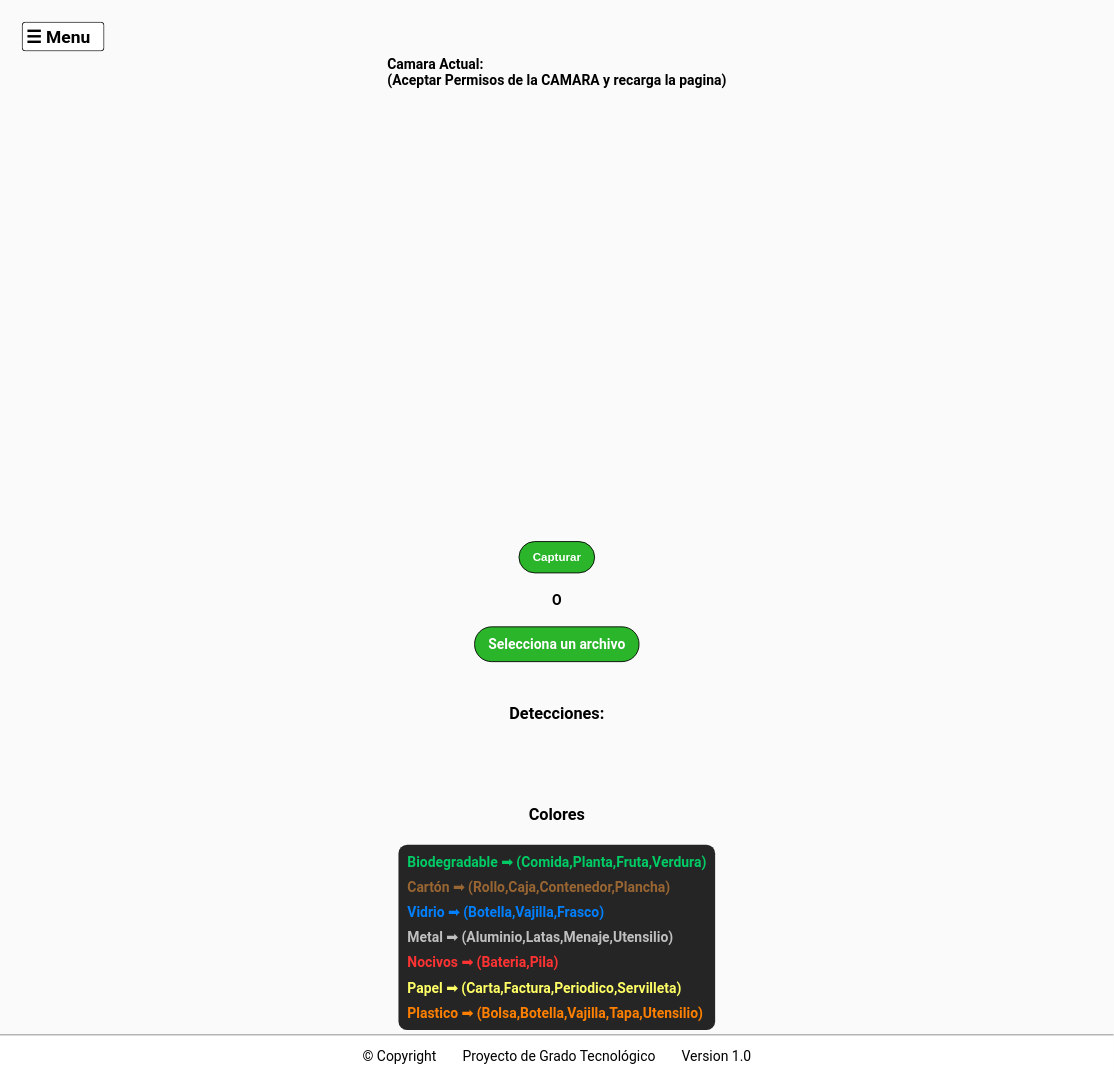
Repository: castecabas/Recicladora
Page: http://localhost/model
An editor plug-in stored every save of this project. The page is shown before and after the next save, followed by the edit.
The browser window is 1280 px wide. The pictures show the whole page, at 87% of full size.
Pictures or frames that could not be fetched are drawn as grey boxes. The page is served by the project's application, run on Flask 3 (src/index.py). Other server files are loaded and not shown.

Above is the page before, as saved 2024-12-22 21:07:58.

### src/templates/model.html
<!DOCTYPE html>
<html lang="en">

<head>
    <meta charset="UTF-8">
    <meta name="viewport" content="width=device-width, initial-scale=1.0">
    <title>Clasificador</title>
    <link rel="stylesheet" href="{{ url_for('static', filename='css/model.css') }}">
    <link rel="shortcut icon" href="https://i.postimg.cc/gk7MpWkm/logo.webp" />
</head>

<body>
    <span class="btn_openmenu" onclick="openNav()">&#9776; Menu</span><br><br>
    <nav class="aside" id="aside">
        <div class="overlay"></div>
        <img class="aside_logo" src="https://i.postimg.cc/gk7MpWkm/logo.webp">
        <h1 style="text-decoration: underline;">Opciones</h1>

        <label for="confidenceThreshold">
            <span class="tooltip-container">
                <img class="logo_x"
                    src="https://images.vexels.com/media/users/3/152347/isolated/preview/27304b9b14ce9bd8a28ca637ed92070e-icono-de-signo-de-interrogacion-de-circulo-azul.png"
                    alt="Ayuda">
                <span class="tooltip-text">Es la probabilidad que determina en las predicciones,si es alto es más
                    confiable, aunque puede omitir objetos al no cumplir dicho porcentaje. Si es bajo, será menos
                    confiable, pero detectará aún más.</span>
            </span>
            Umbral de Confianza:
        </label>
        <input type="range" id="confidenceThreshold" min="0.1" max="0.8" step="0.01" value="0.5">
        <span id="confidenceValue" style="color: white;">0.5</span>

        <label for="SwitchCamera">Camara</label>
        <button id="switchCameraBtn">Cambiar de dispositivo</button>
        </a>
        <label class="nav-link-aside" for="darkModeToggle"><input type="checkbox" class="btn_darkmode"
                id="darkModeToggle" hidden>
            Modo Oscuro</label>
        <br>
        <a href="javascript:void(0)" class="closebtn" onclick="closeNav()">Cerrar Menú</a>
        <a href="{{ url_for('index') }}" class="nav-link">Ir a Inicio</a>
    </nav>

    <div class="container">
        <main>
            <div>
                <div>
                    <p>Camara Actual: <span id="currentCamera"></span><br>
                        (Aceptar Permisos de la CAMARA y recarga la pagina)</p>
                    <video id="video" width="640" height="480" autoplay></video><br>
                    <button id="captureBtn">Capturar</button>
                    <p>O</p>
                    <input type="file" id="fileInput" hidden accept="image/*,video/*">
                    <label for="fileInput" id="fileinputlabel">Selecciona un archivo</label>
                </div>
                <br>
                <img id="resultImage">
            </div>
            <canvas id="canvas" width="640" height="480" style="display:none;"></canvas>
            <div>
                <h3>Detecciones:</h3>
                <ul id="detectionsList"></ul>
            </div>
            <div class="colors">
                <h3>Colores</h3>
                <ul>
                    <li class="bio">Biodegradable &#10143; (Comida,Planta,Fruta,Verdura)</li>
                    <li class="cardb">Cartón &#10143; (Rollo,Caja,Contenedor,Plancha)</li>
                    <li class="glass">Vidrio &#10143; (Botella,Vajilla,Frasco)</li>
                    <li class="metal">Metal &#10143; (Aluminio,Latas,Menaje,Utensilio)</li>
                    <li class="noxios">Nocivos &#10143; (Bateria,Pila)</li>
                    <li class="paper">Papel &#10143; (Carta,Factura,Periodico,Servilleta)</li>
                    <li class="plastic">Plastico &#10143; (Bolsa,Botella,Vajilla,Tapa,Utensilio)</li>
                </ul>
            </div>
        </main>
        {% include 'components/footer.html' %}
    </div>
    <script src="{{ url_for('static', filename='js/model.js') }}"></script>
    <script src="{{ url_for('static', filename='js/dark_mode.js') }}"></script>
</body>

</html>

### src/templates/components/footer.html
<footer class="footer">
    <style>
        .footer {
            width: 100%;
            background-color: white;
            text-align: center;
            padding: 15px;
            box-sizing: border-box;
            position: relative;
            bottom: 0;
            font-family: 'Roboto', sans-serif;
            border-top: 1px solid gray;
            margin-top: auto;
        }

        .footer ul {
            list-style: none;
            padding: 0;
            margin: 0;
            display: flex;
            flex-direction: column;
            align-items: center;
        }

        .footer ul li {
            text-decoration: none;
            margin: 5px 0;
        }

        @media (min-width: 600px) {
            .footer ul {
                flex-direction: row;
                justify-content: center;
            }

            .footer ul li {
                margin: 0 15px;
            }
        }

        /* MODO OSCURO */
        body.dark-mode footer{
            background: rgb(29, 0, 28);
            background: linear-gradient(90deg, rgba(29, 0, 28, 1) 0%, rgba(11, 0, 34, 1) 8%, rgba(0, 0, 22, 1) 100%);
            border-top: 1px solid #686868;
            transition: all 0.3s ease-in;
        }

        body.dark-mode footer li{
            color: white;
        }
    </style>

    <ul>
        <li>© Copyright</li>
        <li>Proyecto de Grado Tecnológico</li>
        <li>Version 1.0</li>
    </ul>

</footer>

### src/index.py
from flask import Flask, render_template, Response, request, jsonify
from yolo_model import YOLOModel
from camera import Camera
import cv2
import numpy as np
import base64

app = Flask(__name__)

yolo_model = YOLOModel('src/model/best.pt')
camera = Camera()

# RUTAS
@app.route('/')
@app.route('/home')
@app.route('/index')
def index():
    return render_template('index.html')

@app.route('/about')
def about():
    return render_template('about.html')

@app.route('/learn')
def learn():
    return render_template('learn.html')

@app.route('/model')
def model():
    return render_template('model.html')

@app.route('/news')
def news():
    return render_template('news.html')

@app.route('/recycle')
def recycle():
    return render_template('recycle.html')

# FUNCIONES

    #NOTE: obtener las camaras
@app.route('/get_cameras')
def get_cameras():
    return jsonify(camera.get_camera_list())

    #NOTE: cambiar camara
@app.route('/switch_camera/<int:camera_id>')
def switch_camera(camera_id):
    camera.select_camera(camera_id)
    return "OK"

    #NOTE: detectar dicha imagen
@app.route('/detect', methods=['POST'])
def detect():
    try:
        if 'file' not in request.files:
            return jsonify({'error': 'No file part'}), 400

        file = request.files['file']
        confidence = float(request.form.get('confidence', 0.25))

        # Lee la imagen del archivo
        npimg = np.fromfile(file, np.uint8)
        img = cv2.imdecode(npimg, cv2.IMREAD_COLOR)

        # Detecta objetos usando el modelo YOLO
        results = yolo_model.detect(img, conf_threshold=confidence)
        if results is None:
            return jsonify({'error': 'No detections returned from model'}), 500

        # Dibuja los cuadros de detección en la imagen
        processed_img = yolo_model.draw_boxes(img, results)

        # Codifica la imagen procesada en base64 para enviar al cliente
        _, buffer = cv2.imencode('.jpg', processed_img)
        img_base64 = base64.b64encode(buffer).decode('utf-8')

        return jsonify({
            'image': f'data:[embedded picture, 35 characters]',
            'detections': results
        })
    except Exception as e:
        print(f"Error during detection: {e}")
        return jsonify({'error': str(e)}), 500

# EJECUCION
if __name__ == '__main__':
    app.run(debug=True)

### src/static/css/model.css
html,
body {

    margin: 0;
    padding: 0;
    font-family: 'Roboto', sans-serif;
    background-color: #fafafa;
    display: flex;
    flex-direction: column;
    min-height: 100vh;
    transition: all 0.5s ease;
}

main {
    max-height: auto;
}

.btn_openmenu {
    font-size: 20px;
    cursor: pointer;
    position: fixed;
    background-color: white;
    border-radius: 4px;
    border: 1px solid black;
    margin: 25px;
    padding: 4px;
    padding-right: 15px;
    z-index: 100;
    font-weight: 600;
}

.btn_openmenu:hover {
    background-color: rgb(209, 209, 209);
}

.container {
    display: flex;
    flex-direction: column;
    min-height: 100vh;
    width: 100%;
    /* Asegura que ocupe todo el ancho */
    align-items: center;
    margin: 0;
    box-sizing: border-box;
}

main div {
    display: flex;
    flex-direction: column;
    align-items: center;
    justify-content: center;
    flex-grow: 1;
    width: 100%;
    max-width: 800px;
    box-sizing: border-box;
}

main div * {
    padding: 5px;
}

main div p {
    font-weight: bold;
}

main div #video {
    border-radius: 20px;
    max-width: 640px;
    width: 100%;
    max-height: 700px;
    aspect-ratio: 4/3;
    padding: 0;
}

main div #resultImage {
    border-radius: 20px;
    max-width: 640px;
    width: 100%;
    max-height: 740px;
    padding: 0;
    border: 0px;
    box-shadow: 10px 10px 15px rgba(0, 0, 0, 0.5);
}

@media(max-width:638px) {
    main div #resultImage {
        border-radius: 0;
        box-shadow: none;
    }
}

main div #captureBtn,
main div #fileinputlabel {
    border-radius: 20px;
    background-color: #2AB52A;
    color: white;
    font-weight: bold;
    padding: 10px 15px 10px 15px;
    border: 1px solid black;
}

main div #captureBtn:hover,
main div #fileInput:hover {
    background-color: #219121;
}

main div ul#detectionsList {
    overflow-y: auto;
    max-height: 200px;
    width: 90vw;
    max-width: 634px;

}

main div ul#detectionsList li {
    font-size: large;
}


.aside {
    background: url(https://i.postimg.cc/8kbKKzK0/model-aside.webp);
    background-repeat: no-repeat;
    background-size: cover;
    height: 100%;
    width: 0;
    position: fixed;
    z-index: 100;
    top: 0;
    left: 0;
    background-color: #111;
    overflow-x: hidden;
    transition: 0.5s;
    justify-content: center;
    color: white;
    display: flex;
    flex-direction: column;
    text-align: center;
    align-items: center;
}

.aside * {
    margin: 5px 20px 5px 20px;
    font-weight: bold;
    z-index: 102;
    padding: 8px;
    color: #31ca31;
}

.aside .overlay {
    position: absolute;
    margin: 0;
    top: 0;
    left: 0;
    right: 0;
    bottom: 0;
    background-color: rgba(0, 0, 0, 0.55);
    z-index: 101;
}

.aside img.aside_logo {
    aspect-ratio: 1/1;
    max-width: 100px;
}

@media(max-height:850px) {
    .aside img.aside_logo {
        display: none;
    }
}


.aside h1 {
    color: #2AB52A;

}

.aside .closebtn {
    text-decoration: none;
    color: white;
    border-radius: 4px;
    background-color: #206BCE;
    padding: 10px 15px 10px 15px;
    border: 1px solid black;
    width: 134px;
}

.aside .closebtn:hover {
    background-color: #1a58a8;
}

.aside .logo_x {
    position: relative;
    padding-left: 0px;
    margin: 0px;
    aspect-ratio: 1/1;
    height: 20px;
    cursor: pointer;
}


/* Estilos del contenedor del tooltip */
.tooltip-container {
    position: relative;
    display: inline-block;
    padding: 0;
    margin: 0;
}

/* Ocultar el tooltip por defecto */
.tooltip-text {
    opacity: 0;
    /* Oculto por defecto */
    width: 135px;
    background-color: #2ea664;
    color: #f5f6fc;
    text-align: center;
    font-size: small;
    padding: 5px;
    border-radius: 5px;
    position: absolute;
    top: -120px;
    /* Ajusta la posición para que esté sobre la imagen */
    left: 50%;
    transform: translateX(-25%);
    transition: opacity 0.3s ease-in-out;

    /* Transición suave */
    z-index: 9000;
}

/* Flecha del tooltip */
.tooltip-text::after {
    content: "";
    position: absolute;
    bottom: -5px;
    /* Flecha debajo del tooltip */
    left: 50%;
    transform: translateX(-50%);
    border-width: 5px;
    border-style: solid;
    border-color: #333 transparent transparent transparent;
}

/* Mostrar el tooltip al pasar el ratón sobre la imagen */
.tooltip-container:active .tooltip-text,
.tooltip-container:hover .tooltip-text {
    opacity: 1;
    animation: hideTooltip 18s forwards;
    /* Inicia la animación para ocultarlo después de 3 segundos */
}

/* Animación para ocultar el tooltip */
@keyframes hideTooltip {
    0% {
        opacity: 1;
    }

    90% {
        opacity: 1;
    }

    100% {
        opacity: 0;
    }
}


.aside #confidenceThreshold {
    accent-color: #2AB52A;
    background-color: white;
}


.aside .colors li {
    list-style: none;
}


.aside #switchCameraBtn {
    border-radius: 4px;
    background-color: #2AB52A;
    color: white;
    border: 1px solid black;
}

.aside #switchCameraBtn:hover {
    background-color: #219121;
}

.aside .nav-link,
.aside .nav-link-aside {
    text-decoration: none;
    color: white;
    background-color: #206BCE;
    border-radius: 4px;
    max-width: 75vw;
    padding: 10px 15px 10px 15px;
    border: 1px solid black;
    width: 134px;
    font-size: large;
}

.aside .nav-link:hover {
    background-color: #1a58a8;
}

.aside .nav-link-aside {
    background-color: #31ca31;
    font-size: small;
}

.aside .nav-link-aside:hover {
    background-color: #2AB52A;
    cursor: pointer;
}

label#fileinputlabel:hover {
    cursor: pointer;
    background-color: #2AB52A;
}

div.colors {


    padding: 5px;

    label {
        font-weight: bold;
    }

    ul {
        margin: 0;
        border-radius: 10px;
        background: rgba(0, 0, 0, 0.85);
        max-width: max-content;
        position: relative;
        justify-content: center;

        li {
            list-style-type: none;
            font-weight: 600;
            line-break: anywhere;

        }
    }


    .bio {
        color: #00cc66;
    }

    .cardb {
        color: #996633;
    }

    .glass {
        color: #0080ff;
    }

    .metal {
        color: #c0c0c0;
    }

    .noxios {
        color: #ff3333;
    }

    .paper {
        color: #ffff66;
    }

    .plastic {
        color: #ff8000;
    }
}


/* MODO OSCURO */

body.dark-mode {
    background-color: #000014;
}

body.dark-mode #video {
    border: 1px outset white;
}

body.dark-mode .container p,
body.dark-mode .container h3 {
    color: white;
}

body.dark-mode .container p,
body.dark-mode .container ul#detectionsList li {
    color: white;
}

### src/static/js/model.js
let currentCameraIndex = 0;
let cameras = [];
const clsname = [
    "Comida", "Planta", "Fruta o Verdura", "Base de Carton", "Caja de Carton",
    "Contenedor de Carton", "Forma de Carton", "Botella de Vidrio", "Vajilla de Vidrio",
    "Fragmentos de Vidrio", "Frasco de Vidrio", "Jarra de Vidrio", "Aluminio",
    "Contenedor Metalico", "Latas de Alimento", "Menaje Metalico", "Metal Menor",
    "Utensilio Metalico", "Bateria o Pila", "Carta de Papel", "Recibo o Factura",
    "Periodico o Revista", "Forma de Papel", "Papel de Higiene", "Bolsa de Plastico",
    "Botella de Plastico", "Contenedor de Plastico", "Envase de Plastico",
    "Vajilla de Plastico", "Tapa de Plastico", "Utensilio de Plastico"
  ];
let confidenceThreshold = 0.5;

const parrafo = document.getElementById("confidenceValue");

const valorDecimal = parseFloat(parrafo.textContent);
const valorPorcentaje = valorDecimal * 100;
parrafo.textContent = valorPorcentaje + "%";

document.addEventListener('DOMContentLoaded', function () {
    fetchCameras();

    document.getElementById('switchCameraBtn').addEventListener('click', switchCamera);
    document.getElementById('captureBtn').addEventListener('click', captureAndDetect);
    document.getElementById('fileInput').addEventListener('change', handleFileSelect);

    const confidenceSlider = document.getElementById('confidenceThreshold');
    const confidenceValue = document.getElementById('confidenceValue');

    confidenceSlider.addEventListener('input', function () {
        confidenceThreshold = parseFloat(this.value);
        confidenceValue.textContent = confidenceThreshold.toFixed(2);
        const valorDecimal = parseFloat(parrafo.textContent);
        const valorPorcentaje = valorDecimal * 100;
        parrafo.textContent = valorPorcentaje.toFixed(0) + "%";
    });
});

function fetchCameras() {
    navigator.mediaDevices.enumerateDevices()
        .then(devices => {
            cameras = devices.filter(device => device.kind === 'videoinput');
            updateCurrentCamera();
        })
        .catch(error => {
            console.error('Error enumerating devices:', error);
        });
}

async function switchCamera() {
    currentCameraIndex = (currentCameraIndex + 1) % cameras.length;
    updateCurrentCamera();

    try {
        const stream = await navigator.mediaDevices.getUserMedia({
            video: { deviceId: { ideal: cameras[currentCameraIndex].deviceId } }
        });
        document.getElementById('video').srcObject = stream;
    } catch (error) {
        console.error('Error switching camera:', error);
    }
}

function updateCurrentCamera() {
    const cameraInfo = cameras[currentCameraIndex] ? cameras[currentCameraIndex].label : 'Unknown';
    document.getElementById('currentCamera').textContent = cameraInfo;
}

function captureAndDetect() {
    const video = document.getElementById('video');
    const canvas = document.getElementById('canvas');
    const context = canvas.getContext('2d');

    context.drawImage(video, 0, 0, canvas.width, canvas.height);
    canvas.toBlob(blob => {
        const formData = new FormData();
        formData.append('file', blob, 'capture.jpg');
        formData.append('confidence', confidenceThreshold);
        detectObjects(formData);
    }, 'image/jpeg');
}

function handleFileSelect(event) {
    const file = event.target.files[0];
    const formData = new FormData();
    formData.append('file', file);
    formData.append('confidence', confidenceThreshold);
    detectObjects(formData);
}

function detectObjects(formData) {
    fetch('/detect', {
        method: 'POST',
        body: formData
    })
        .then(response => response.json())
        .then(data => {
            document.getElementById('resultImage').src = data.image;
            updateDetectionsList(data.detections);
        })
        .catch(error => {
            console.error('Error detecting objects:', error);
        });
}

function updateDetectionsList(detections) {
    const list = document.getElementById('detectionsList');
    list.innerHTML = '';
    detections.forEach(detection => {
        const [x1, y1, x2, y2, conf, cls] = detection;
        const li = document.createElement('li');
        li.textContent = `Clase: ${clsname[cls] || 'Desconocido'}, Confianza: ${conf.toFixed(2) * 100} %`;
        list.appendChild(li);
    });
}

async function initializeCamera() {
    try {
        const stream = await navigator.mediaDevices.getUserMedia({ video: true });
        document.getElementById('video').srcObject = stream;
    } catch (error) {
        console.error('Error accessing camera:', error);
    }
}

function openNav() {
    document.getElementById("aside").style.width = "250px";
}

function closeNav() {
    document.getElementById("aside").style.width = "0";
}

initializeCamera();

### src/static/js/dark_mode.js
document.addEventListener("DOMContentLoaded", () => {
    const toggle = document.getElementById("darkModeToggle");
    const darkModeEnabled = localStorage.getItem("darkMode") === "enabled";

    if (darkModeEnabled) {
        document.body.classList.add("dark-mode");
        toggle.checked = true;
    }

    toggle.addEventListener("change", () => {
        if (toggle.checked) {
            document.body.classList.add("dark-mode");
            localStorage.setItem("darkMode", "enabled");
        } else {
            document.body.classList.remove("dark-mode");
            localStorage.setItem("darkMode", "disabled");
        }
    });
});

After the next save:
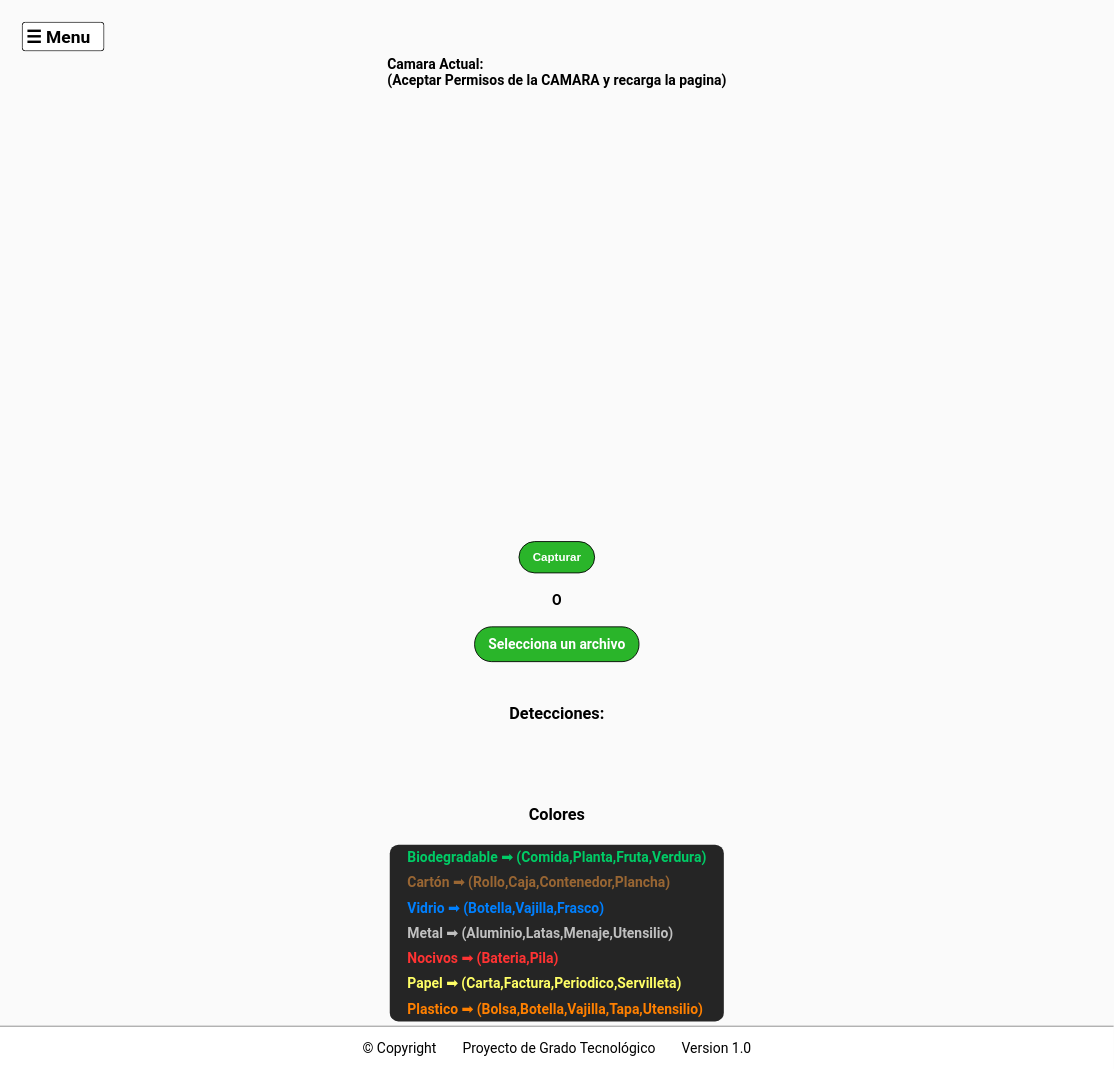
Saved 23 s later.
--- a/src/static/css/model.css
+++ b/src/static/css/model.css
@@ -330,6 +330,7 @@ div.colors {
 
     ul {
         margin: 0;
+        padding: 0 15px 0 15px;
         border-radius: 10px;
         background: rgba(0, 0, 0, 0.85);
         max-width: max-content;
